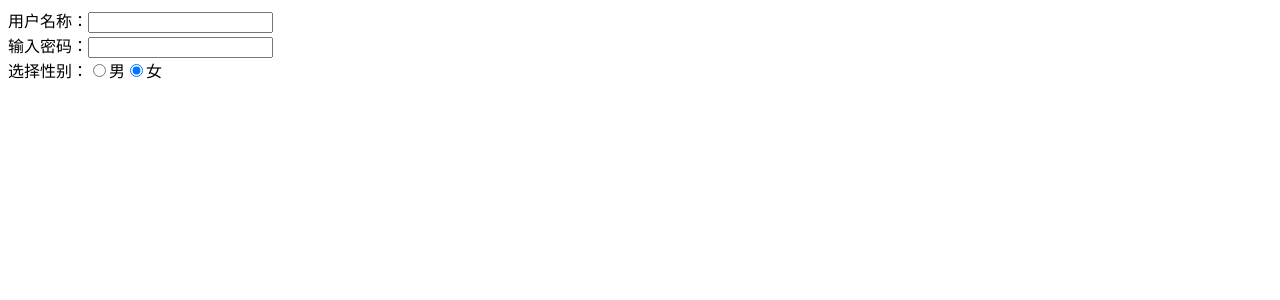
Repository: tangchengjingwen/javaLearningCode
Page: javaLearningCode/day29_html/form.html
An editor plug-in stored every save of this project. The page is shown before and after the next save, followed by the edit.
The browser window is 1280 px wide. The pictures show the whole page.

Above is the page before, as saved 2012-05-13 08:02:47.

### javaLearningCode/day29_html/form.html
<!DOCTYPE HTML PUBLIC "-//W3C//DTD HTML 4.01//EN" "http://www.w3.org/TR/html4/strict.dtd">
<html>
	<head>
		<meta http-equiv="Content-Type" content="text/html; charset=GBK">
		<title>Untitled Document</title>
	</head>
	<body>

		<!--
		演示一下表单标签。
		-->

		<form>
			用户名称：<input type="text" /><br/>
			输入密码：<input type="password" /><br/>
			选择性别：<input type="radio" name="sex" />男<input type="radio" name="sex" checked="checked"/>女<br/>


		</form>

	</body>
</html>

After the next save:
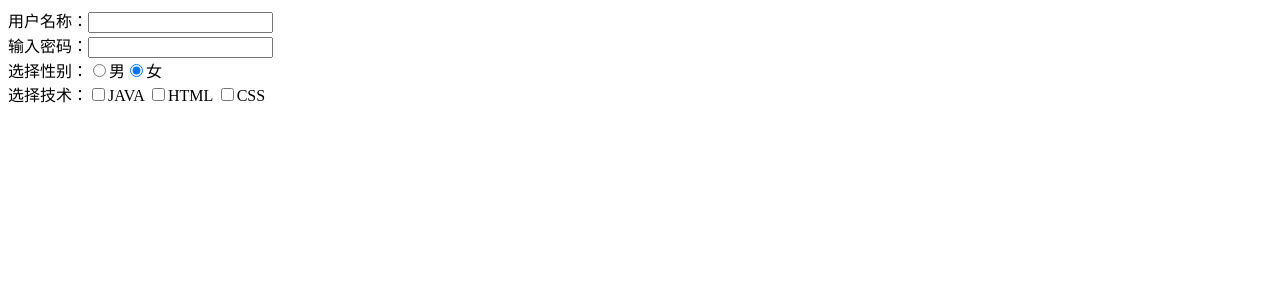
Saved 87 s later.
--- a/javaLearningCode/day29_html/form.html
+++ b/javaLearningCode/day29_html/form.html
@@ -14,7 +14,7 @@
 			用户名称：<input type="text" /><br/>
 			输入密码：<input type="password" /><br/>
 			选择性别：<input type="radio" name="sex" />男<input type="radio" name="sex" checked="checked"/>女<br/>
-
+			选择技术：<input type="checkbox" />JAVA <input type="checkbox" />HTML <input type="checkbox" />CSS
 
 		</form>
 
